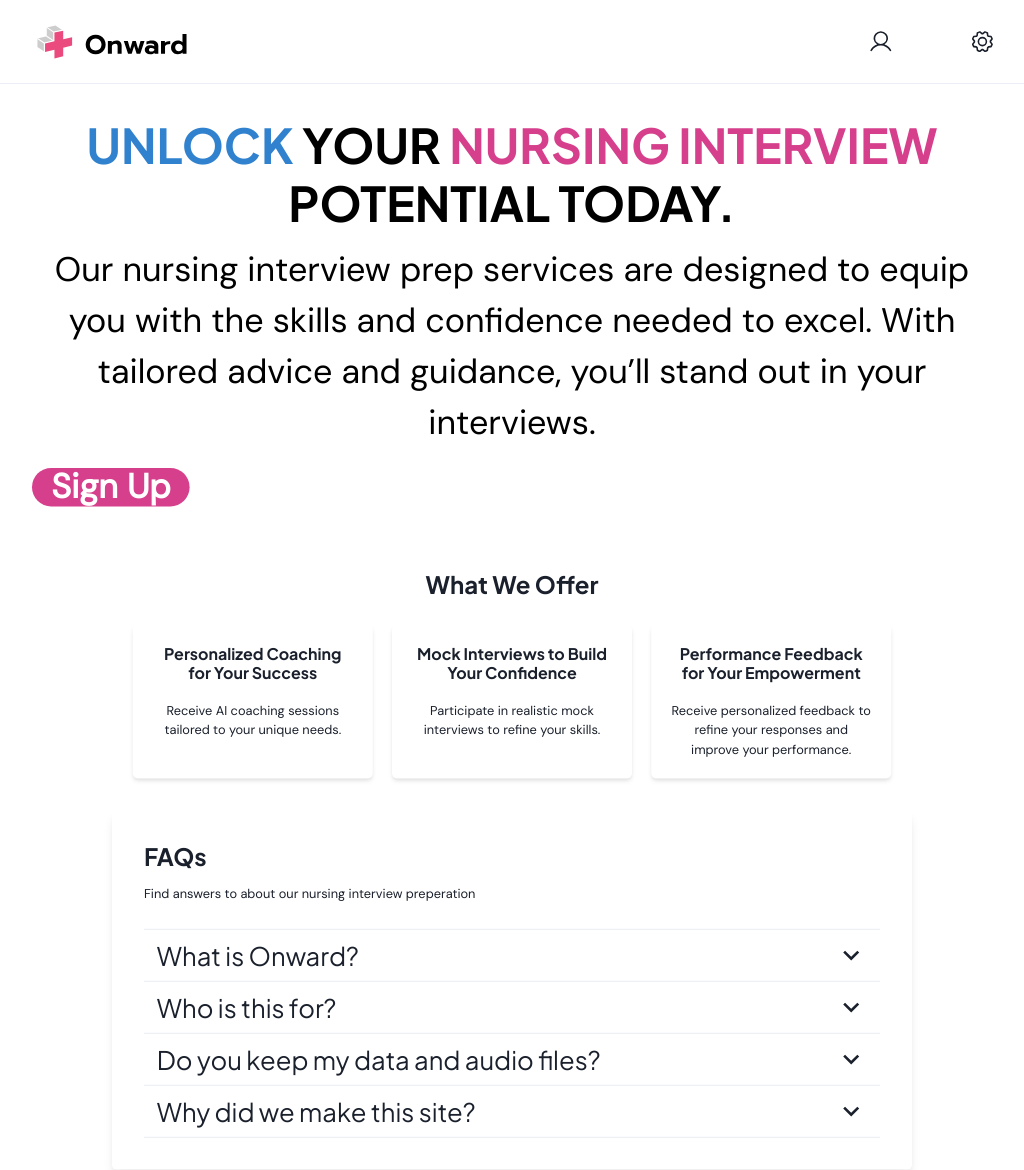
Repository: Aladdin3r/onward
Page: /landing-page
These files come from the project's save history. The page is drawn as it stood at one moment and after a run of saves; the edit follows.
The browser window is 1280 px wide. The pictures show the whole page, at 80% of full size.
The project was rebuilt for these pictures with package versions that can differ from the ones it lists, and the page was loaded fresh each time. The framework's server and built-in components were replaced by stand-ins that run in the browser. Also part of the build but not shown: next.config.mjs, styles/components/AppTopNav.js, styles/components/Layout.js.

Above is the page before, as saved 2024-10-29 01:37:18.

### pages/_app.js
import { ChakraProvider } from "@chakra-ui/react";
import theme from "@/styles/theme";

function MyApp({ Component, pageProps }) {
  return (
    <ChakraProvider theme={theme}>
      <Component {...pageProps} />
    </ChakraProvider>
  );
}

export default MyApp;

### pages/_document.js
import { Html, Head, Main, NextScript } from "next/document";

export default function Document() {
  return (
    <Html lang="en">
      <Head>
        <link
          href="https://fonts.googleapis.com/css2?family=DM+Sans:wght@400&family=Plus+Jakarta+Sans:wght@400;600;700&display=swap"
          rel="stylesheet"
        />
      </Head>
      <body>
        <Main />
        <NextScript />
      </body>
    </Html>
  );
}

### pages/landing-page.js
import {
    Box,
    Flex,
    Heading,
    Text,
    Stack,
    Button,
    Accordion,
    AccordionItem,
    AccordionButton,
    AccordionPanel,
    AccordionIcon
  } from "@chakra-ui/react";
  import Layout from "@/styles/components/Layout";
  import TopNav from "@/styles/components/TopNav";
  import AppTopNav from "@/styles/components/AppTopNav";
  import { useRouter } from 'next/router';

  export default function Home() {
    const router = useRouter();

    // Button action function
    const handleSignUp = () => {
      router.push('/signup'); // Navigate to the sign-up page
    };

    return (
      <>
        {/* Hero Section */}
        <TopNav/>
        <Box  color="black" p={10} textAlign="center">
          <Heading fontFamily="heading" fontSize="6xl" fontWeight="bold" mb={4}>
            <Text as="span" color="blue.500">UNLOCK </Text>
            <Text as="span" color="black">YOUR </Text>
            <Text as="span" color="pink.500">NURSING INTERVIEW </Text>
            <Text as="span">POTENTIAL TODAY.</Text>
          </Heading>
          <Text fontFamily="body" fontSize="lg" mb={6}>
            Our nursing interview prep services are designed to equip you with the skills and confidence needed to excel. With tailored advice and guidance, you’ll stand out in your interviews.
          </Text>
          <Button colorScheme="pink" size="lg" onClick={handleSignUp}>Sign Up</Button>
        </Box>

        {/* What We Offer Section */}
        <Box p={10} textAlign="center" >
          <Heading fontFamily="heading" fontSize="3xl" mb={8}>What We Offer</Heading>
          <Flex justify="center" gap={6}>
            <Stack width="300px" borderRadius="md" boxShadow="md" p={6} textAlign="center">
              <Heading fontFamily="heading" fontSize="xl" mb={4}>Personalized Coaching for Your Success</Heading>
              <Text fontFamily="body">
                Receive AI coaching sessions tailored to your unique needs.
              </Text>
            </Stack>
            <Stack width="300px" borderRadius="md" boxShadow="md" p={6} textAlign="center">
              <Heading fontFamily="heading" fontSize="xl" mb={4}>Mock Interviews to Build Your Confidence</Heading>
              <Text fontFamily="body">
                Participate in realistic mock interviews to refine your skills.
              </Text>
            </Stack>
            <Stack width="300px" borderRadius="md" boxShadow="md" p={6} textAlign="center">
              <Heading fontFamily="heading" fontSize="xl" mb={4}>Performance Feedback for Your Empowerment</Heading>
              <Text fontFamily="body">
                Receive personalized feedback to refine your responses and improve your performance.
              </Text>
            </Stack>
          </Flex>
        </Box>

        {/* FAQ Section */}
        <Box  p={10} borderRadius="md" boxShadow="lg" maxW="1000px" mx="auto">
          <Heading fontFamily="heading" fontSize="3xl" textAlign="left" mb={4}>FAQs</Heading>
          <Text fontFamily="body" fontSize="s" textAlign="left" mb={8}>
            Find answers to about our nursing interview preperation
          </Text>
          <Accordion allowToggle>
            <AccordionItem>
              <h2>
                <AccordionButton>
                  <Box as="span" flex="1" textAlign="left" fontFamily="heading">What is Onward?</Box>
                  <AccordionIcon />
                </AccordionButton>
              </h2>
              <AccordionPanel pb={4} fontFamily="body">
                Onward is an AI-powered personal interview coach designed for nurses to enhance their job interview skills.
              </AccordionPanel>
            </AccordionItem>
            <AccordionItem>
              <h2>
                <AccordionButton>
                  <Box as="span" flex="1" textAlign="left" fontFamily="heading">Who is this for?</Box>
                  <AccordionIcon />
                </AccordionButton>
              </h2>
              <AccordionPanel pb={4} fontFamily="body">
                This service is designed for nurses, especially those new to the Canadian healthcare system.
              </AccordionPanel>
            </AccordionItem>
            <AccordionItem>
              <h2>
                <AccordionButton>
                  <Box as="span" flex="1" textAlign="left" fontFamily="heading">Do you keep my data and audio files?</Box>
                  <AccordionIcon />
                </AccordionButton>
              </h2>
              <AccordionPanel pb={4} fontFamily="body">
                Yes, we securely store data as per our privacy policy to enhance your interview coaching experience.
              </AccordionPanel>
            </AccordionItem>
            <AccordionItem>
              <h2>
                <AccordionButton>
                  <Box as="span" flex="1" textAlign="left" fontFamily="heading">Why did we make this site?</Box>
                  <AccordionIcon />
                </AccordionButton>
              </h2>
              <AccordionPanel pb={4} fontFamily="body">
                Onward aims to empower nurses by providing interview preparation tools tailored to their needs.
              </AccordionPanel>
            </AccordionItem>
          </Accordion>
        </Box>
      </>
    );
  }

### styles/theme.js
import { extendTheme } from "@chakra-ui/react";
import { theme as chakraTheme } from "@chakra-ui/react";
import Button from './components/Button';
import { Stepper } from "@chakra-ui/react";

const fonts = {
    ...chakraTheme.fonts,
    body: "DM Sans",
    heading: "Plus Jakarta Sans",
}

const overrides = {
    ...chakraTheme,
    fonts,
    components: {
        Button: {
            ...Button,
        },
    },
    fontWeights: {
        normal: 400,
        medium: 500,
        bold: 700,
    },
    fontSizes: {
        xxs: "14pt",
        xs: "16pt",
        sm: "20pt",
        md: "24pt",
        lg: "32pt",
    },
    colors: {
       brand: {
        blushPink: "#EA4A7D",
        pastelBlue: "#CBD5FF",
        blueberryCreme: "#EBEFFF",
        frostWhite: "#FAFAFA",
        nightBlack: "#1f1f1f",
        platinum: "#e2e2e2",
        confirmationGreen: "#61CD3D",
        imperialRed: "EA4A4D",
        canaryYellow: "#EAE84A",
        oceanBlue: "#214DDF",
        pureWhite: "#FFFFFF"
        }
    },
    styles: {
        global: {
            body: {
                bg: "frostWhite",
            },
        },
    },
}

const customTheme = extendTheme(overrides);

export default customTheme;

### styles/components/TopNav.js
'use client'
import {
    Box,
    Flex,
    useColorModeValue,
    IconButton,
    Image,
    Link,
} from "@chakra-ui/react";
import { User, Gear } from "@phosphor-icons/react";

export default function TopNav() {
    const bgColor = useColorModeValue('#fff', 'brand.nightBlack');

    return (
        <Box bg={bgColor} px={4} borderBottom="1px solid #E6EAF2">
            <Flex h={"104px"} alignItems={'center'} justifyContent={'space-between'}>
                <Box fontSize={{ base: 'md', md: 'lg' }}>
                    <Link href="/">
                        <Image src="logo.svg" boxSize="253px" alt="Onward Logo" style={{ padding: "30px" }} />
                    </Link>
                </Box>
                <Flex alignItems={'center'}>
                    <Link href="/user">
                        <IconButton
                            aria-label="User settings"
                            icon={<User />}
                            variant="ghost"
                            mr="55px"
                        />
                    </Link>
                    <Link href="/settings">
                        <IconButton
                            aria-label="Settings"
                            icon={<Gear />}
                            variant="ghost"
                        />
                    </Link>
                </Flex>
            </Flex>
        </Box>
    );
}

### styles/components/Button.js
const Button = {
    baseStyle: {
      display: 'flex',
      borderRadius: '999px',
      fontFamily: 'DM Sans',
      _hover: {
        boxShadow: '0px 4px 4px 0px rgba(0, 0, 0, 0.45)',
      },
      padding: 3,
    },
    sizes: {
      xs: {
        fontSize: ['12pt', '14pt', '16pt'], // Responsive font sizes for xs
        px: [2, 3], // Responsive padding
      },
      sm: {
        fontSize: ['14pt', '16pt', '20pt'],
        px: [2, 4],
      },
      md: {
        fontSize: ['16pt', '20pt', '24pt'],
        px: [3, 5],
      },
      lg: {
        fontSize: ['20pt', '28pt', '32pt'],
        px: [4, 6],
      },
    },
    variants: {
      lgPrimary: {
        bg: 'brand.blushPink',
        color: 'brand.frostWhite',
        width: ['100%', '325px'], // 100% width on smaller screens
        height: '72px',
        fontSize: ['20pt', '28pt', '32pt'], // Responsive font size
        borderRadius: '999px',
      },
      mdPrimary: {
        bg: 'brand.blushPink',
        color: 'brand.frostWhite',
        width: ['100%', '225px'],
        height: '72px',
        fontSize: ['16pt', '20pt', '24pt'],
        borderRadius: '999px',
      },
      smPrimary: {
        bg: 'brand.blushPink',
        color: 'brand.frostWhite',
        width: ['100%', '150px'],
        height: '64px',
        fontSize: ['14pt', '16pt', '20pt'],
        borderRadius: '999px',
      },
      xsPrimary: {
        bg: 'brand.blushPink',
        color: 'brand.frostWhite',
        width: ['100%', '117px'],
        height: '32px',
        fontSize: ['12pt', '14pt', '18pt'],
        borderRadius: '999px',
      },
      lgSecondary: {
        bg: 'brand.platinum',
        color: 'brand.nightBlack',
        width: ['100%', '325px'],
        height: '72px',
        fontSize: ['20pt', '28pt', '32pt'],
        borderRadius: '999px',
        _hover: {
          bg: 'brand.blushPink',
          color: 'brand.frostWhite',
          boxShadow: '0px 4px 4px 0px rgba(0, 0, 0, 0.45)',
        },
      },
      mdSecondary: {
        bg: 'brand.platinum',
        color: 'brand.nightBlack',
        width: ['100%', '225px'],
        height: '72px',
        fontSize: ['16pt', '20pt', '24pt'],
        borderRadius: '999px',
        _hover: {
          bg: 'brand.blushPink',
          color: 'brand.frostWhite',
          boxShadow: '0px 4px 4px 0px rgba(0, 0, 0, 0.45)',
        },
      },
      smSecondary: {
        bg: 'brand.platinum',
        color: 'brand.nightBlack',
        width: ['100%', '150px'],
        height: '64px',
        fontSize: ['14pt', '16pt', '20pt'],
        borderRadius: '999px',
        _hover: {
          bg: 'brand.blushPink',
          color: 'brand.frostWhite',
          boxShadow: '0px 4px 4px 0px rgba(0, 0, 0, 0.45)',
        },
      },
      xsSecondary: {
        bg: 'brand.platinum',
        color: 'brand.nightBlack',
        width: ['100%', '117px'],
        height: '32px',
        fontSize: ['12pt', '14pt', '18pt'],
        borderRadius: '999px',
        _hover: {
          bg: 'brand.blushPink',
          color: 'brand.frostWhite',
          boxShadow: '0px 4px 4px 0px rgba(0, 0, 0, 0.45)',
        },
      },
    },
  };

  export default Button;

### styles/components/SideNav.js
import { useState } from "react";
import PropTypes from "prop-types";
import Link from "next/link";
import { Box, Flex, Text, VStack, Image } from "@chakra-ui/react";
import { ChalkboardTeacher, ClockCounterClockwise, UserSound, Presentation, User, Gear } from "@phosphor-icons/react";

// Define each variant and associated icon, label, and path(s)
const variants = {
  default: {
    label: "Dashboard",
    icon: <UserSound size={32} />,
    path: "/"
  },
  variant2: {
    label: "Mock Interview",
    icon: <ChalkboardTeacher size={32} />,
    path: "/mock-interview"
  },
  variant3: {
    label: "Practice Interview",
    icon: <Presentation size={32} />,
    path: [
      "/practice-interview",
      "/practice-interview-filter",
      "/practice-interview-questions",
      "/practice-interview-answer",
      "/practice"
    ]
  },
  variant4: {
    label: "History",
    icon: <ClockCounterClockwise size={32} />,
    path: "/history"
  },
};

// Define the bottom section items with default values
const defaultBottomVariants = {
  account: {
    label: "Account",
    icon: <User size={18} />,
    path: "/account"
  },
  settings: {
    label: "Settings",
    icon: <Gear size={18} />,
    path: "/settings"
  },
  signOut: {
    label: "Sign Out",
    icon: null,
    path: "/"
  }
};

// Main SideNavBar component
export const SideNavBar = ({ activeVariant, bottomVariants = defaultBottomVariants }) => {
  return (
    <Flex
      bg="brand.blueberryCreme"
      height="100vh"
      width="280px"
      position="fixed"
      flexDir="column"
    >
      {/* logo box */}
      <Box fontSize={{ base: 'sm', md: 'md' }} mt="1rem">
        <Link href="/">
          <Image src="logo.svg" alt="Onward Logo" style={{ padding: "0.6rem" }} width="100%" />
        </Link>
      </Box>

      {/* nav menu */}
      <Box mt="1.5rem" overflow="hidden">
        <VStack align="flex-start" spacing={2} width="100%" ml="10%">
          {variants && Object.keys(variants).map((variant) => {
            const isActive = activeVariant === variant;
            return (
              <Link href={Array.isArray(variants[variant].path) ? variants[variant].path[0] : variants[variant].path} key={variant} passHref>
                <Flex
                  align="center"
                  cursor="pointer"
                  width="280px"
                  bg={isActive ? "brand.blushPink" : "none"} // Active background
                  color={isActive ? "brand.frostWhite" : "initial"} // Active text color
                  p={3}
                  borderLeftRadius="26px"
                  transition="transform 0.5s ease-in-out, background-color 0.4s, color 0.4s"
                  _hover={{
                    bg: "brand.blushPink",
                    color: "brand.frostWhite",
                    borderRadius: "26px 0 0 26px",
                    transition: "background-color 0.3s, transform 0.3s",
                  }}
                >
                  <Box pl={isActive ? "5rem" : 0} mr={4}>
                    {variants[variant].icon}
                  </Box>
                  <Text fontFamily="body" fontSize="18px" fontWeight="bold">
                    {variants[variant].label}
                  </Text>
                </Flex>
              </Link>
            );
          })}
        </VStack>
      </Box>

      {/* Bottom Section for Account, Settings, and Sign Out Links */}
      <Box mb={2} mt="13rem" width="100%">
        <VStack width="100%" align="flex-end">
          {bottomVariants && Object.keys(bottomVariants).map((variant) => {
            const isActive = activeVariant === variant;
            return (
              <Link
                href={bottomVariants[variant].path}
                key={variant}
                passHref
              >
                <Flex
                  align="center"
                  cursor="pointer"
                  width="100%"
                  height="1.3rem"
                  bg={isActive ? "brand.blushPink" : "none"} // Active background
                  color={isActive ? "brand.frostWhite" : "initial"} // Active text color
                  borderRadius="md"
                  pr="1.5rem"
                  transition="transform 0.3s ease-in-out, background-color 0.3s, color 0.3s"
                  _hover={{
                    color: "brand.blushPink",
                    borderRadius: "26px 0 0 26px",
                    transition: "background-color 0.3s, transform 0.3s",
                  }}
                >

                  <Box mr={3}>
                    {bottomVariants[variant].icon}
                  </Box>
                  <Text fontFamily="body" fontSize="18px" fontWeight="regular" textAlign="left"
                    textDecoration={variant === 'signOut' ? 'underline' : 'none'}
                  >
                    {bottomVariants[variant].label}
                  </Text>
                </Flex>
              </Link>
            );
          })}
        </VStack>
      </Box>
    </Flex>
  );
};

SideNavBar.propTypes = {
  activeVariant: PropTypes.oneOf(["variant4", "variant2", "variant3", "default"]),
  bottomVariants: PropTypes.object, // Define bottomVariants as an optional object
};

SideNavBar.defaultProps = {
  bottomVariants: {},
};

After the next 2 saves:
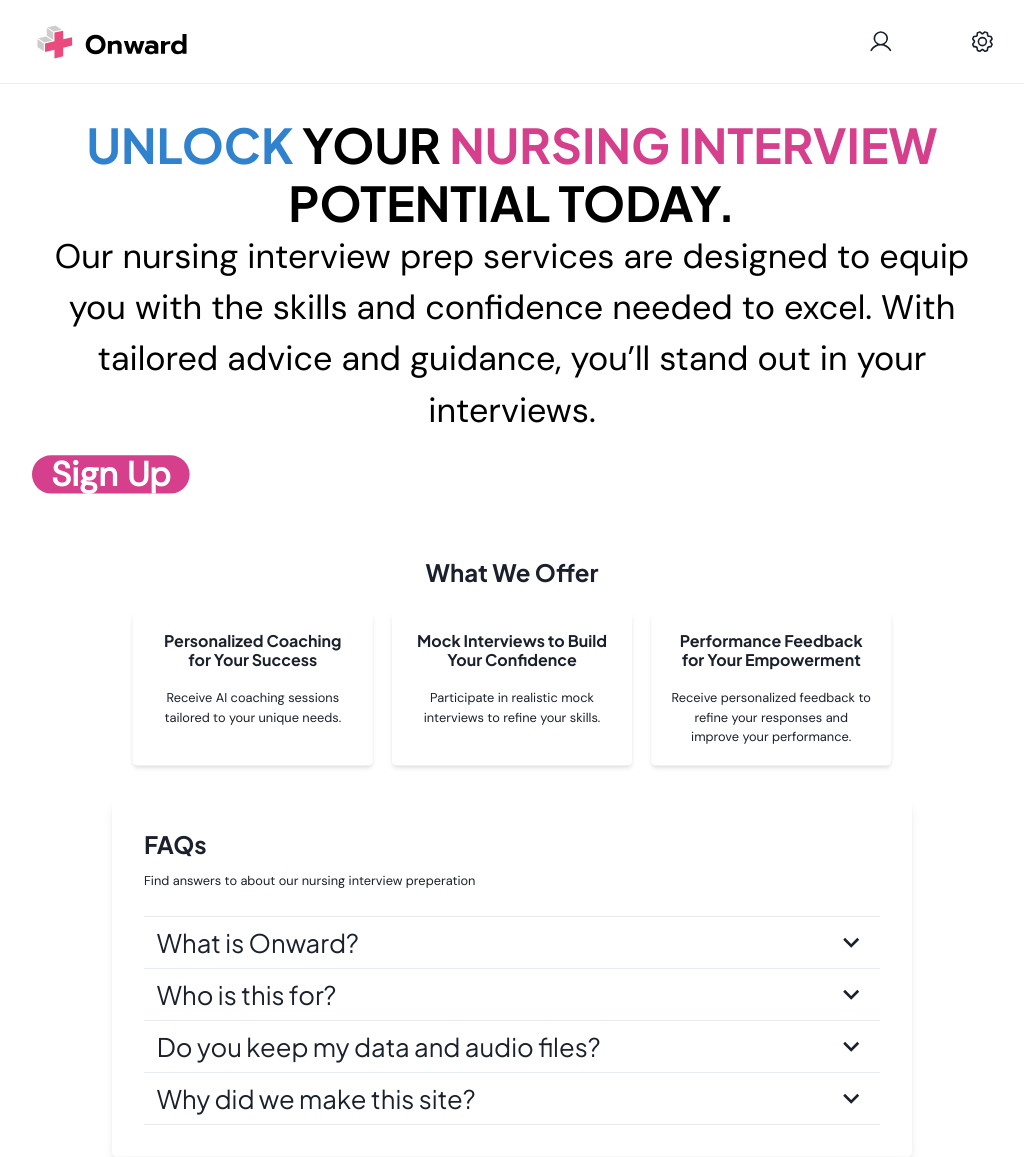
The 2 saves are shown as one change because they came seconds apart.
The last was saved 26 s later.
--- a/pages/landing-page.js
+++ b/pages/landing-page.js
@@ -29,7 +29,7 @@ import {
         {/* Hero Section */}
         <TopNav/>
         <Box  color="black" p={10} textAlign="center">
-          <Heading fontFamily="heading" fontSize="6xl" fontWeight="bold" mb={4}>
+          <Heading fontFamily="heading" fontSize="6xl" fontWeight="bold" widthmb={4}>
             <Text as="span" color="blue.500">UNLOCK </Text>
             <Text as="span" color="black">YOUR </Text>
             <Text as="span" color="pink.500">NURSING INTERVIEW </Text>
